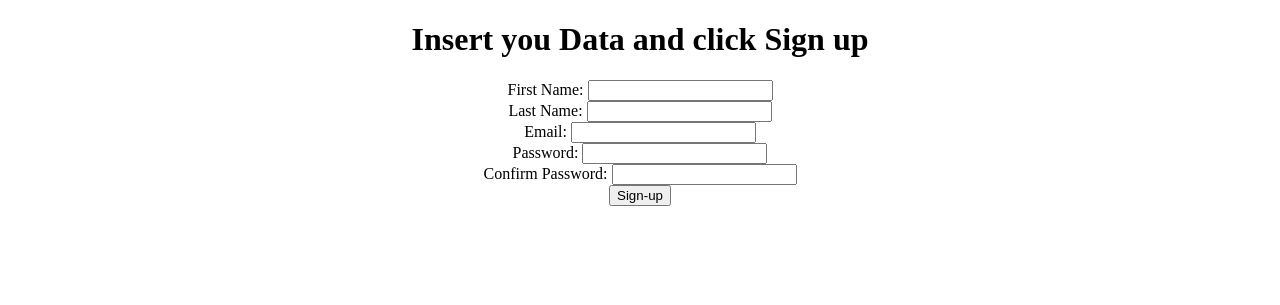
Repository: GiuuGpEEp/TerzoAnnoUni
Page: SAW/Esercizi/Form/Form.html
The author's editor kept a copy of each file at every save. The page is drawn from the files as they stood at one save, then again after the next save.
The browser window is 1280 px wide. The pictures show the whole page.

Above is the page before, as saved 2024-11-18 22:33:50.

After the next save:
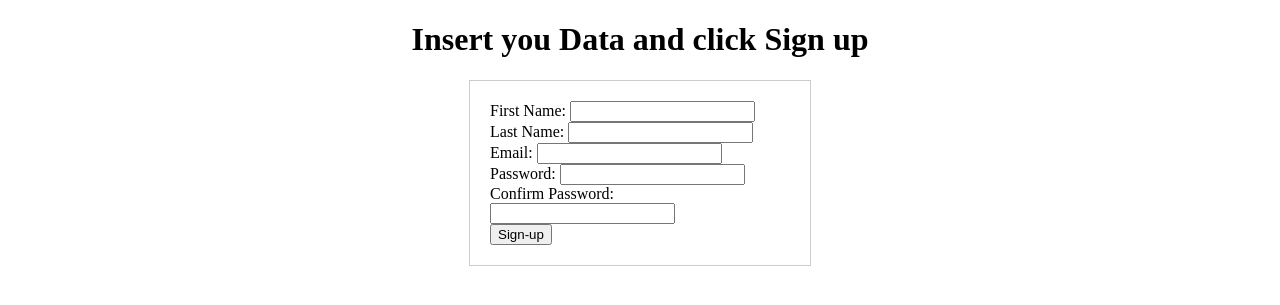
Saved 85 s later.
--- a/SAW/Esercizi/Form/Form.html
+++ b/SAW/Esercizi/Form/Form.html
@@ -7,8 +7,10 @@
                 text-align: center;
             }
             form{
-                text-align: center;
-                border: 2px;
+                width: 300px; /* Larghezza del form */
+  margin: 0 auto; /* Centra il form nella pagina */
+  border: 1px solid #ccc; /* Bordino sottile */
+  padding: 20px;
             }
         </style>
     </head>
